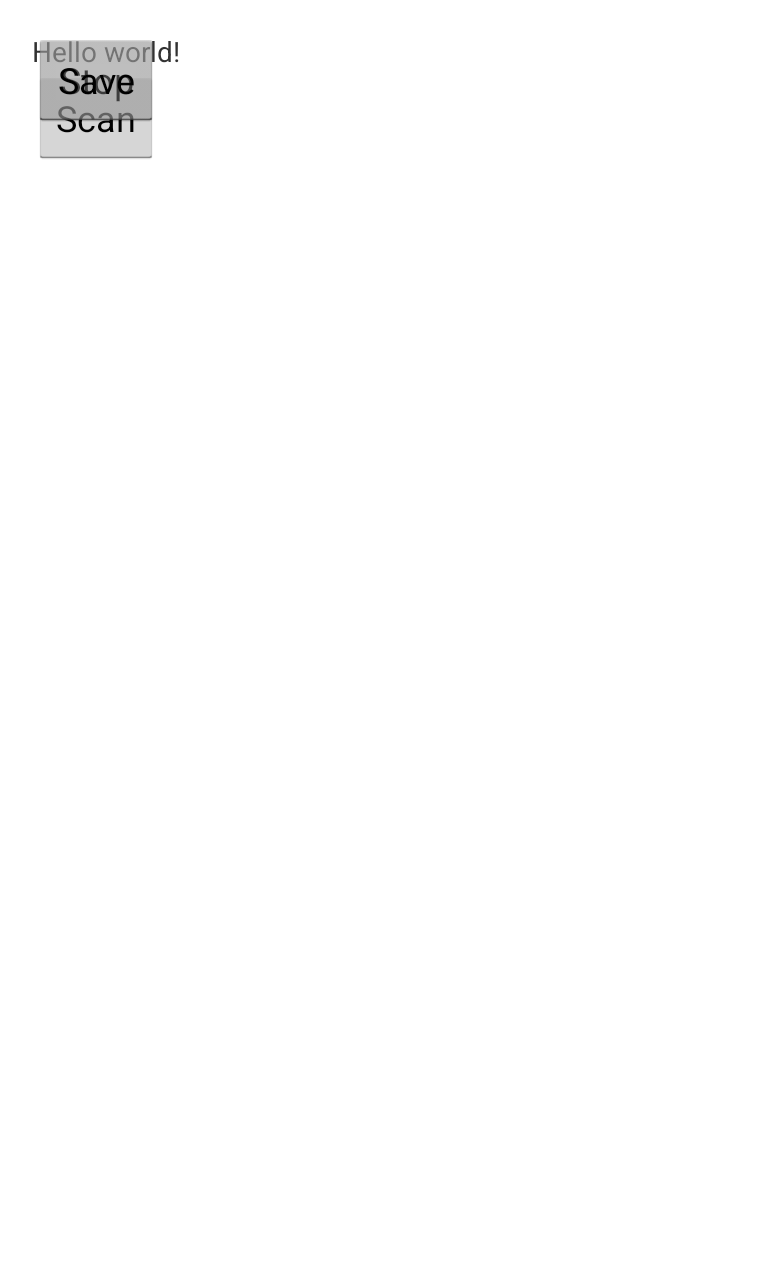
Repository: takuito/app_test
Layout: FiSBA/res/layout/Scan.xml
These files come from the project's save history. The layout is drawn as it stood at one moment and after the next save; the edit follows.
It is drawn on a 768 x 1280 px phone screen (xhdpi) without system bars, with theme AppTheme; the app's code is not run.

Above is the layout before, as saved 2013-11-26 16:35:11.

### FiSBA/res/layout/Scan.xml
<RelativeLayout xmlns:android="http://schemas.android.com/apk/res/android"
    xmlns:tools="http://schemas.android.com/tools"
    android:layout_width="match_parent"
    android:layout_height="match_parent"
    android:paddingBottom="@dimen/activity_vertical_margin"
    android:paddingLeft="@dimen/activity_horizontal_margin"
    android:paddingRight="@dimen/activity_horizontal_margin"
    android:paddingTop="@dimen/activity_vertical_margin"
    tools:context=".MainActivity" >

    <TextView
        android:id="@+id/text"
        android:layout_width="wrap_content"
        android:layout_height="wrap_content"
        android:text="@string/hello_world" />

    <Button
        android:id="@+id/btnScan"
        android:layout_width="wrap_content"
        android:layout_height="wrap_content"
        android:layout_below="@+id/text"
        android:text="Scan" />
    <Button
        android:id="@+id/btnStop"
        android:layout_width="wrap_content"
        android:layout_height="wrap_content"
        android:text="Stop" />
    <Button
        android:id="@+id/btnSave"
        android:layout_width="wrap_content"
        android:layout_height="wrap_content"
        android:text="Save" />
</RelativeLayout>

### FiSBA/res/values/strings.xml
<?xml version="1.0" encoding="utf-8"?>
<resources>

    <string name="app_name">FiSBA</string>
    <string name="action_settings">Settings</string>
    <string name="hello_world">Hello world!</string>

</resources>

Loaded but not shown: FiSBA/res/values/styles.xml (common file); FiSBA/res/values-v11/styles.xml (common file); FiSBA/res/values-v14/styles.xml (common file); FiSBA/res/values/dimens.xml (common file)

After the next save:
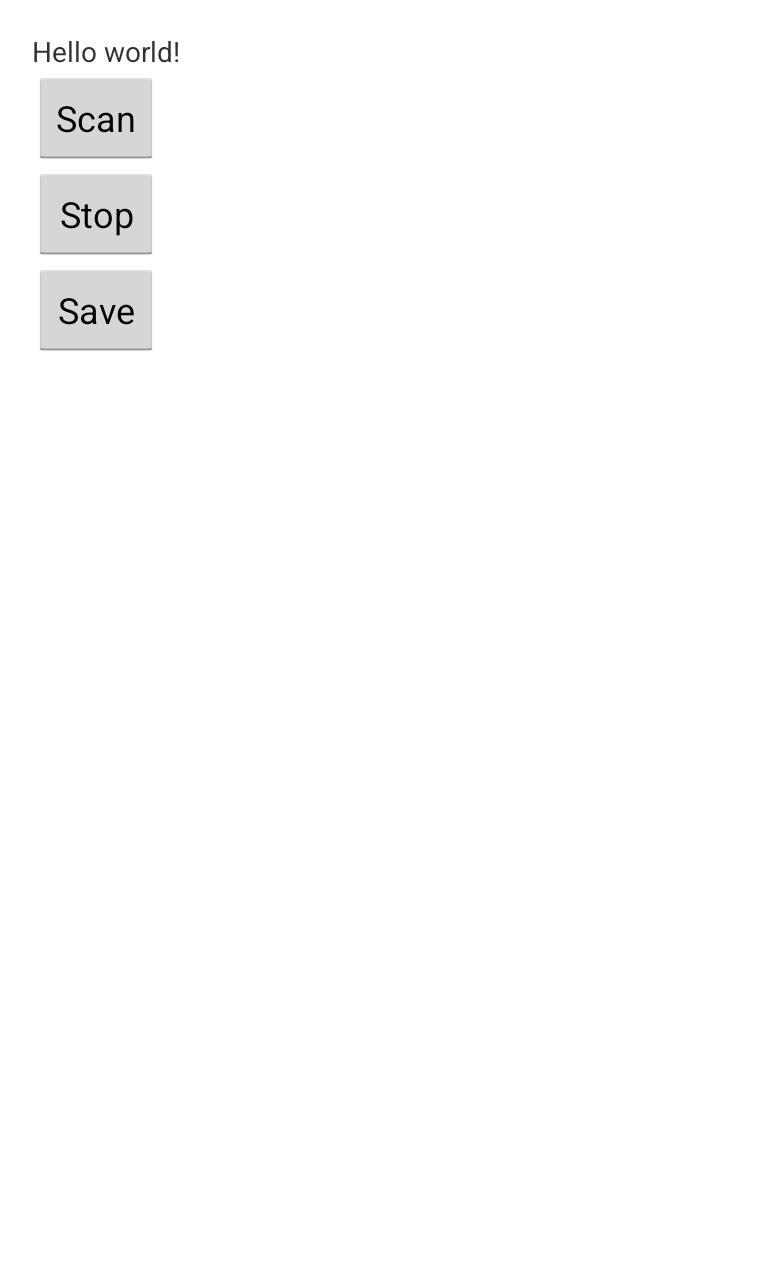
Saved 31 s later.
--- a/FiSBA/res/layout/Scan.xml
+++ b/FiSBA/res/layout/Scan.xml
@@ -24,10 +24,12 @@
         android:id="@+id/btnStop"
         android:layout_width="wrap_content"
         android:layout_height="wrap_content"
+        android:layout_below="@+id/btnScan"
         android:text="Stop" />
     <Button
         android:id="@+id/btnSave"
         android:layout_width="wrap_content"
         android:layout_height="wrap_content"
+        android:layout_below="@+id/btnStop"
         android:text="Save" />
 </RelativeLayout>
